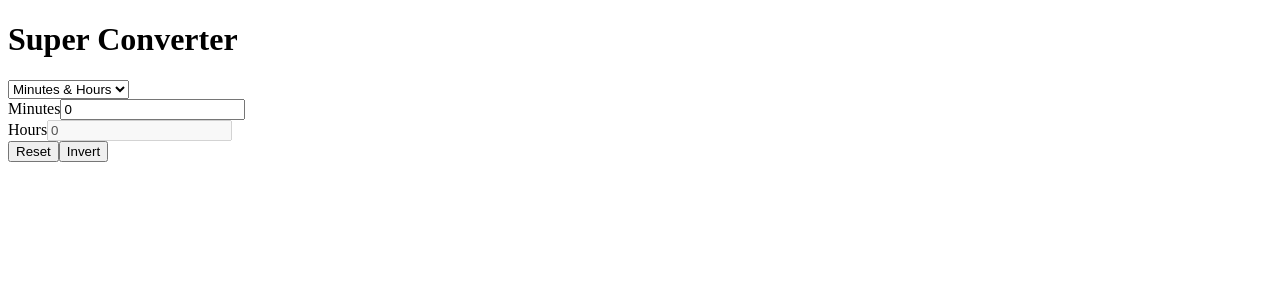
Repository: Leeminsu67/react-principle-study
Page: converter.html
These files come from the project's save history. The page is drawn as it stood at one moment and after the next save; the edit follows.
The browser window is 1280 px wide. The pictures show the whole page.

Above is the page before, as saved 2024-08-01 17:27:26.

### converter.html
<!DOCTYPE html>
<html lang="ko">
  <body>
    <div id="root"></div>
  </body>
  <script src="https://unpkg.com/react@17.0.2/umd/react.production.min.js"></script>
  <script src="https://unpkg.com/react-dom@17.0.2/umd/react-dom.production.min.js"></script>
  <script src="https://unpkg.com/@babel/standalone/babel.min.js"></script>
  <script type="text/babel">
    const MinutesToHours = () => {
      const [amount, setAmount] = React.useState(0);
      const [inverted, setInverted] = React.useState(false);
      const onChange = (event) => {
        // console.log(event.target.value);
        setAmount(event.target.value);
      };
      const reset = () => setAmount(0);
      // filp function
      // const onFlip = () => setInverted(!inverted);
      const onInvert = () => {
        reset();
        setInverted((current) => !current);
      };
      return (
        <div>
          <div>
            <label htmlFor="minutes">Minutes</label>
            <input
              value={inverted ? amount * 60 : amount}
              id="minutes"
              type="number"
              placeholder="Minutes"
              onChange={onChange}
              disabled={inverted}
            />
          </div>
          <div>
            <label htmlFor="hours">Hours</label>
            <input
              value={inverted ? amount : Math.round(amount / 60)}
              id="hours"
              type="number"
              placeholder="Hours"
              // minutes와 반대가 되기 위해서 조건문을 부여
              disabled={!inverted}
              onChange={onChange}
            />
          </div>
          <button onClick={reset}>Reset</button>
          <button onClick={onInvert}>
            {inverted ? "Turn back" : "Invert"}
          </button>
        </div>
      );
    };
    const KmToMiles = () => {
      return <h3>KM 2 M</h3>;
    };
    const App = () => {
      const [index, setIndex] = React.useState("0");
      const onSelect = (e) => {
        setIndex(e.target.value);
      };
      return (
        <div>
          <h1>Super Converter</h1>
          <select onChange={onSelect}>
            <option value="0">Minutes & Hours</option>
            <option value="1">Km & Miles</option>
          </select>
          {index === "0" ? <MinutesToHours /> : <KmToMiles />}
        </div>
      );
    };

    const root = document.getElementById("root");
    ReactDOM.render(<App />, root);
  </script>
</html>

After the next save:
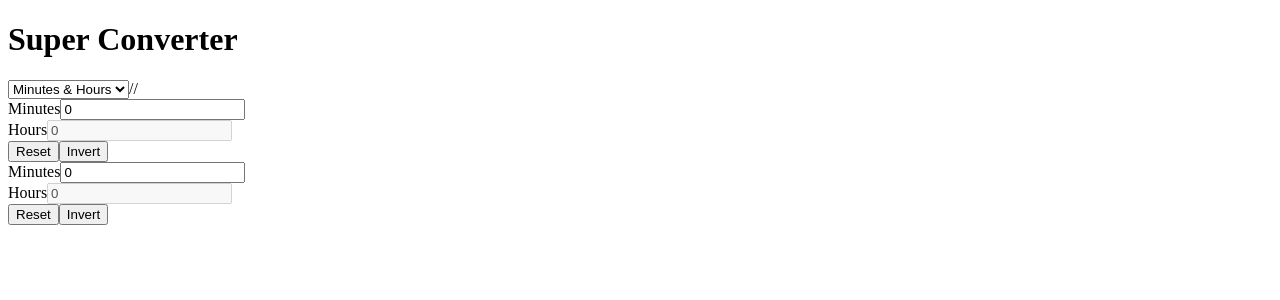
Saved 66 s later.
--- a/converter.html
+++ b/converter.html
@@ -68,7 +68,9 @@
             <option value="0">Minutes & Hours</option>
             <option value="1">Km & Miles</option>
           </select>
-          {index === "0" ? <MinutesToHours /> : <KmToMiles />}
+          // {index === "0" ? <MinutesToHours /> : <KmToMiles />}
+          {index === "0" ? <MinutesToHours /> : null}
+          {index === "1" ? <KmToMiles /> : null}
         </div>
       );
     };
